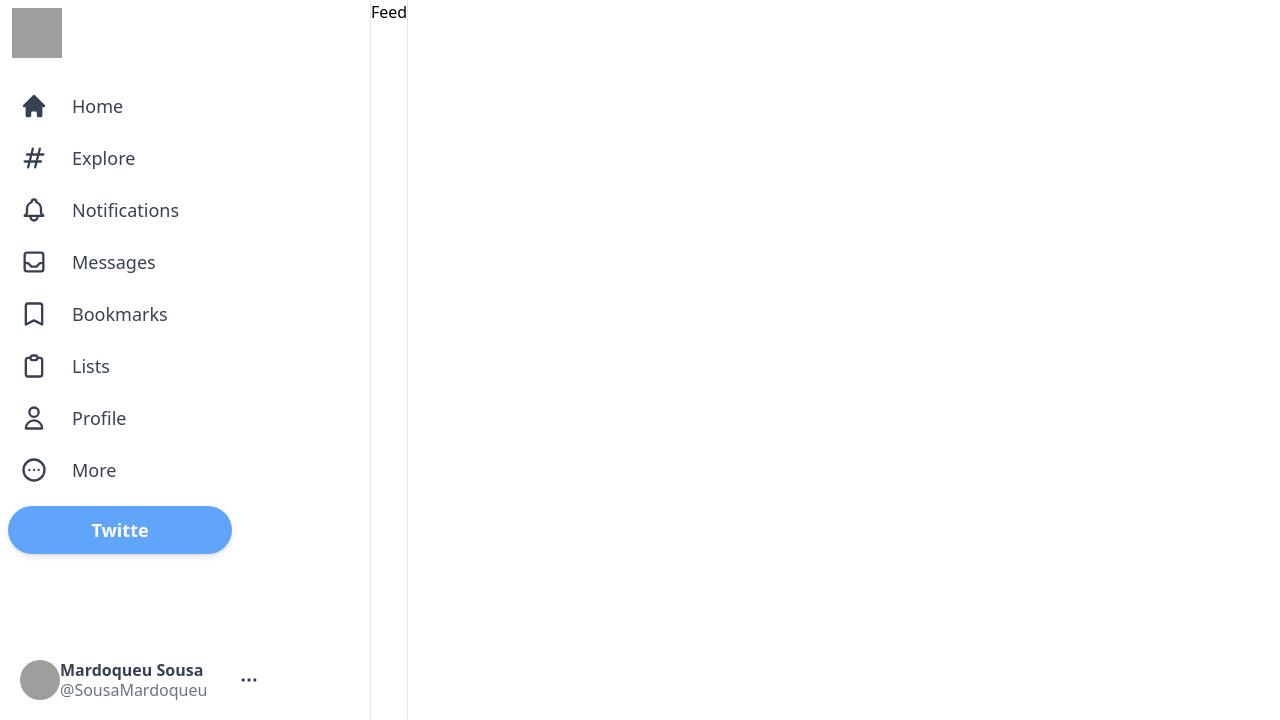
Repository: Mardoqueu/twitter
Page: /
An editor plug-in stored every save of this project. The page is shown before and after the next save, followed by the edit.
The browser window is 1280 px wide. The pictures show the whole page.
Pictures or frames that could not be fetched are drawn as grey boxes. The project was rebuilt for these pictures with package versions that can differ from the ones it lists, and the page was loaded fresh each time. The framework's server and built-in components were replaced by stand-ins that run in the browser. Also part of the build but not shown: next.config.js.

Above is the page before, as saved 2022-09-01 15:20:47.

### pages/index.js
import Head from "next/head";
import Sidebar from '../components/Sidebar';
import Feed from '../components/Feed';


export default function Home() {
  return (
    <div >
      <Head>
        <title>Twitter Clone</title>
        <meta name="description" content="Generated by create next app" />
        <link rel="icon" href="/favicon.ico" />
      </Head>

    <main className='flex min-h-screen max-w-7xl mx-auto '>
      {/* Sidebar */}
      <Sidebar />

      {/* Feed */}
      <Feed/>
      {/* Widgets */}

      {/* Modal */}

    </main>


    </div>
  )
}

### styles/globals.css
@tailwind base;
@tailwind components;
@tailwind utilities;

@layer components{
    .hoverEffect {
        @apply cursor-pointer hover:bg-gray-200 rounded-full w-[52px] xl:w-auto h-[52px] xl:h-auto xl:p-3
    }
}

### components/Sidebar.js
import Image from "next/image"
import SidebarMenuItem from "./SidebarMenuItem"
import { HomeIcon } from '@heroicons/react/solid'
import { BellIcon, BookmarkIcon, ClipboardIcon, DotsCircleHorizontalIcon, DotsHorizontalIcon, HashtagIcon, InboxIcon, UserIcon } from '@heroicons/react/outline'

export default function Sidebar() {
  return (
    <div className="hidden sm:flex flex-col p-2 xl:items-start fixed h-full">
        {/* Twitter logo */}
        <div className="hoverEffect p-0 hover:bg-blue-100 xl:px-1">
            <Image
            width="50"
            height="50"
            src="https://help.twitter.com/content/dam/help-twitter/brand/logo.png"></Image>
        </div>

        {/* Menu */}

        <div className="mt-4 mb-2.5 xl:items-start">
            <SidebarMenuItem text="Home" Icon={HomeIcon} active/>
            <SidebarMenuItem text="Explore" Icon={HashtagIcon} active/>
            <SidebarMenuItem text="Notifications" Icon={BellIcon} active/>
            <SidebarMenuItem text="Messages" Icon={InboxIcon} active/>
            <SidebarMenuItem text="Bookmarks" Icon={BookmarkIcon} active/>
            <SidebarMenuItem text="Lists" Icon={ClipboardIcon} active/>
            <SidebarMenuItem text="Profile" Icon={UserIcon} active/>
            <SidebarMenuItem text="More" Icon={DotsCircleHorizontalIcon} active/>

        </div>

        {/* Button */}

        <button className="bg-blue-400 text-white rounded-full w-56 h-12 font-bold shadow-md hover:brightness-95 text-lg hidden xl:inline">Twitte</button>

        {/* Mini-profile */}
        <div className="hoverEffect text-gray-700 flex items-center justify-center xl:justify-start mt-auto">
            <img
            src="https://media-exp1.licdn.com/dms/image/C4E03AQF1Icbg9ibKSQ/profile-displayphoto-shrink_800_800/0/1656524327808?e=1667433600&v=beta&t=zLj1VuO7UnlyGXgtGnCIGGm6Xel0rldXOa9ES50GV3c"
            alt="user-img"
            className="h-10 w-10 rounded-full"/>
            <div className="leading-5 hidden xl:inline">
                <h4 className="font-bold">Mardoqueu Sousa</h4>
                <p className="text-gray-500">@SousaMardoqueu</p>
            </div>
            <DotsHorizontalIcon className="h-5 xl:ml-8"/>
        </div>
    </div>
  )
}

### components/Feed.js
import React from 'react'

export default function Feed() {
  return (
    <div className='xl:ml-[370px] border-l border-r '>Feed</div>
  )
}

### components/SidebarMenuItem.js
import React from 'react'

export default function SidebarMenuItem({text, Icon}) {
  return (
    <div className="hoverEffect flex items-center text-gray-700 justify-center xl:justify-start text-lg space-x-3">
      <Icon className="h-7" />
      <span className={'${active && "font-bold"} hidden xl:inline'}></span>
      <span>{text}</span>
    </div>
  )
}

Loaded but not shown: pages/_app.js (common file); tailwind.config.js (common file)

After the next save:
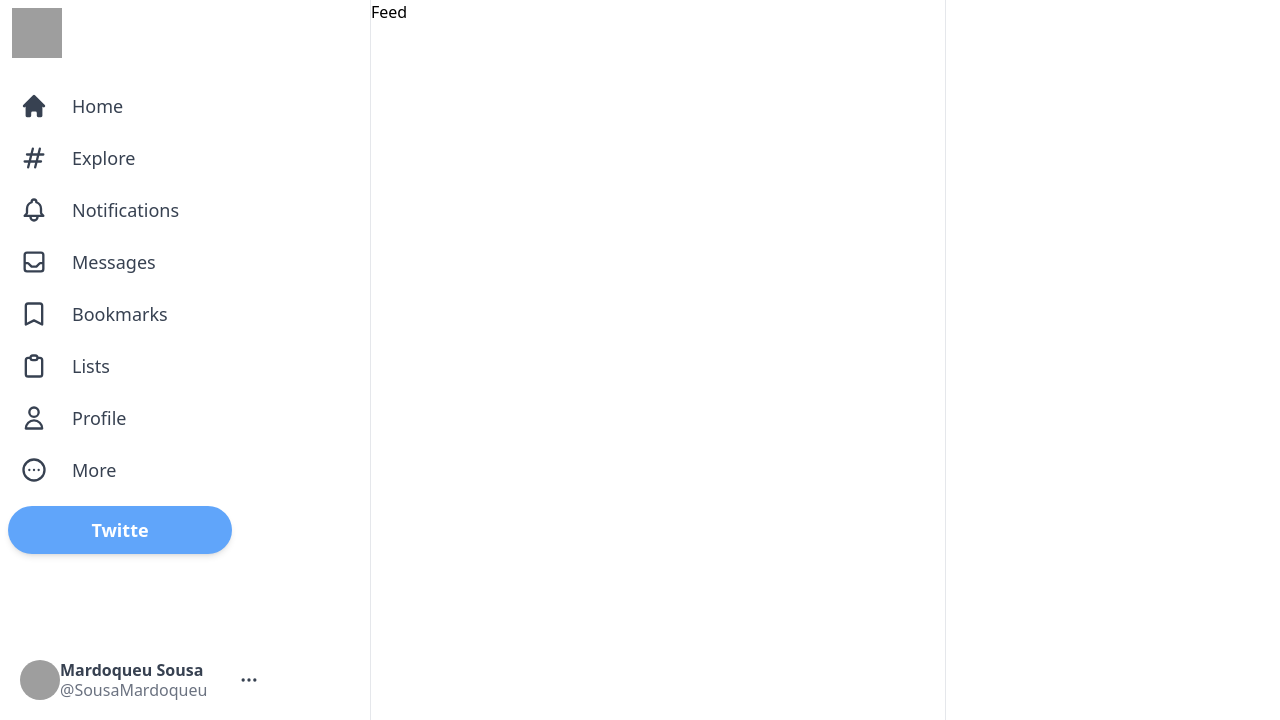
Saved 16 s later.
--- a/components/Feed.js
+++ b/components/Feed.js
@@ -2,6 +2,6 @@
 
 export default function Feed() {
   return (
-    <div className='xl:ml-[370px] border-l border-r '>Feed</div>
+    <div className='xl:ml-[370px] border-l border-r xl:min-w-[576px]'>Feed</div>
   )
 }
